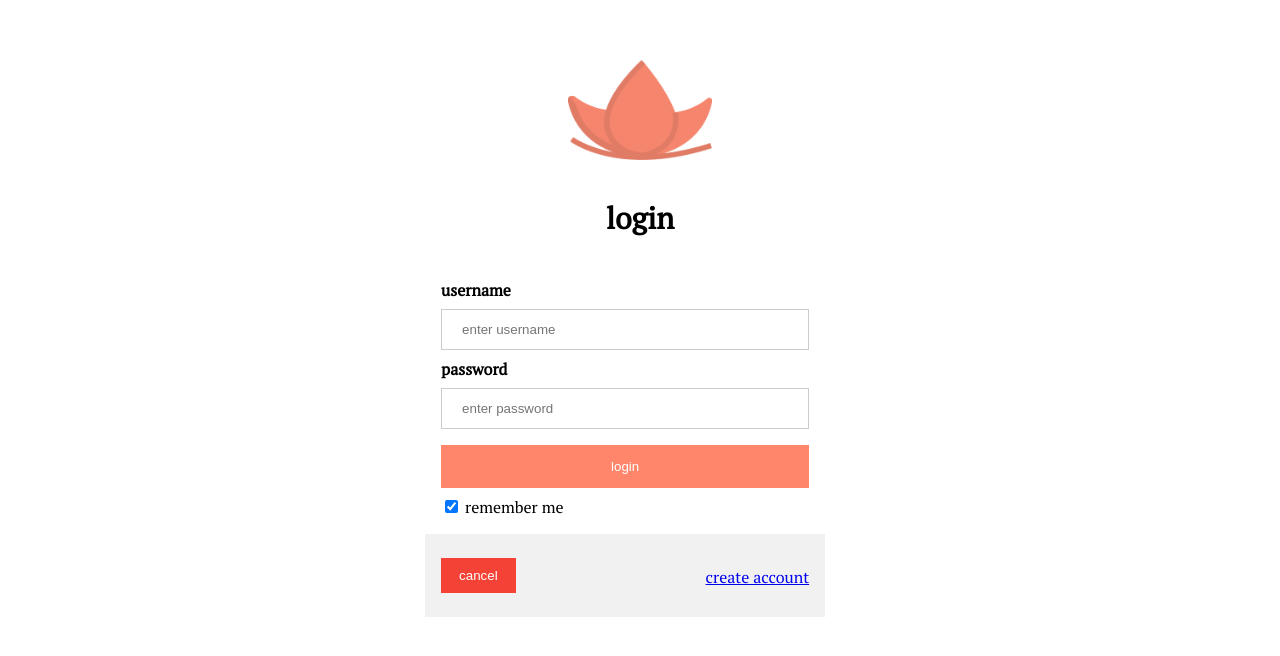
Repository: ashchu/lunaApp
Page: login.html
The author's editor kept a record of every edit. The page is drawn from the files as they stood at one moment, then again after the next edit.
The browser window is 1280 px wide. The pictures show the whole page.

Above is the page before.

### login.html
<html>
    <head>
      <script src="https://ajax.googleapis.com/ajax/libs/jquery/3.3.1/jquery.min.js"></script>

      <link href="https://fonts.googleapis.com/css?family=PT+Serif" rel="stylesheet">
        <style>
          body {font-family: 'PT Serif', serif;}
}
          form {border: 3px solid #f1f1f1;}

          input[type=text], input[type=password] {
            width: 100%;
            padding: 12px 20px;
            margin: 8px 0;
            display: inline-block;
            border: 1px solid #ccc;
            box-sizing: border-box;
          }

          button {
            background-color: #FF866B;
            color: white;
            padding: 14px 20px;
            margin: 8px 0;
            border: none;
            cursor: pointer;
            width: 100%;
          }

          button:hover {
            opacity: 0.8;
          }

          .cancelbtn {
            width: auto;
            padding: 10px 18px;
            background-color: #f44336;
          }

          .imgcontainer {
            text-align: center;
            margin: 60px 0 12px 0;
          }

          img.avatar {
            width: 40%;
            border-radius: 50%;
          }

          .container {
            padding: 16px;
          }

          span.psw {
            float: right;
            padding-top: 16px;
          }

          /* Change styles for span and cancel button on extra small screens */
          @media screen and (max-width: 300px) {
            span.psw {
               display: block;
               float: none;
            }
            .cancelbtn {
               width: 100%;
            }
          }
</style>
</head>
<body>
  <div class="imgcontainer">
      <img src="images/logo.png" style="height: 100px; width: auto" alt="logo"`>
    </div>

  <form action="/period-tracker.html">
    <h2 style="margin-top: 3%; text-align: center; font-size: 30px; ">login</h2>
  <div style="margin-left: 33%; width: 400px;">
    <div class="container">
      <label for="uname"><b>username</b></label>
      <input id="nm" type="text" placeholder="enter username" name="uname" required>

      <label for="psw"><b>password</b></label>
      <input type="password" placeholder="enter password" name="psw" required>

      <button class="check" onclick="myFunction()" type="submit">login</button>
      <label>
        <input type="checkbox" checked="checked" name="remember"> remember me
      </label>
    </div>

    <div class="container" style="background-color:#f1f1f1">
      <button type="button" class="cancelbtn">cancel</button>
      <span class="psw"><a href="create.html">create account</a></span>
    </div>
    </div>
  </form>

  </script>
    </body>
</html>

After the next edit:
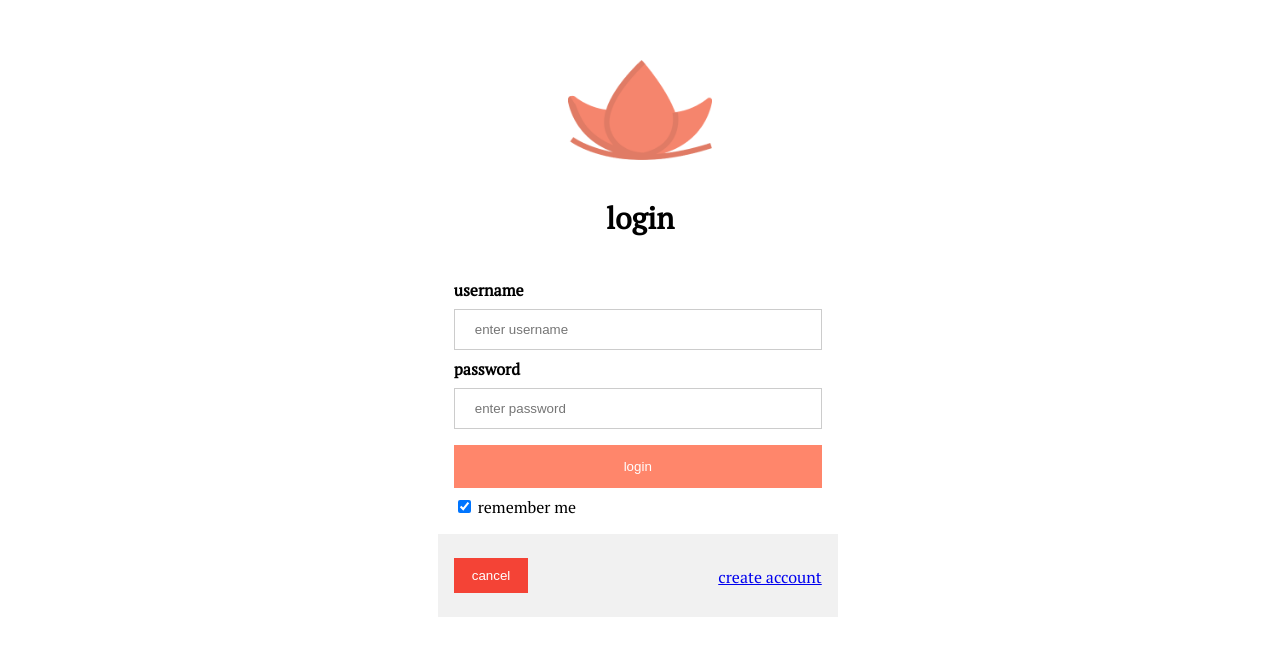
The edit:
--- a/login.html
+++ b/login.html
@@ -75,7 +75,7 @@
 
   <form action="/period-tracker.html">
     <h2 style="margin-top: 3%; text-align: center; font-size: 30px; ">login</h2>
-  <div style="margin-left: 33%; width: 400px;">
+  <div style="margin-left: 34%; width: 400px;">
     <div class="container">
       <label for="uname"><b>username</b></label>
       <input id="nm" type="text" placeholder="enter username" name="uname" required>
